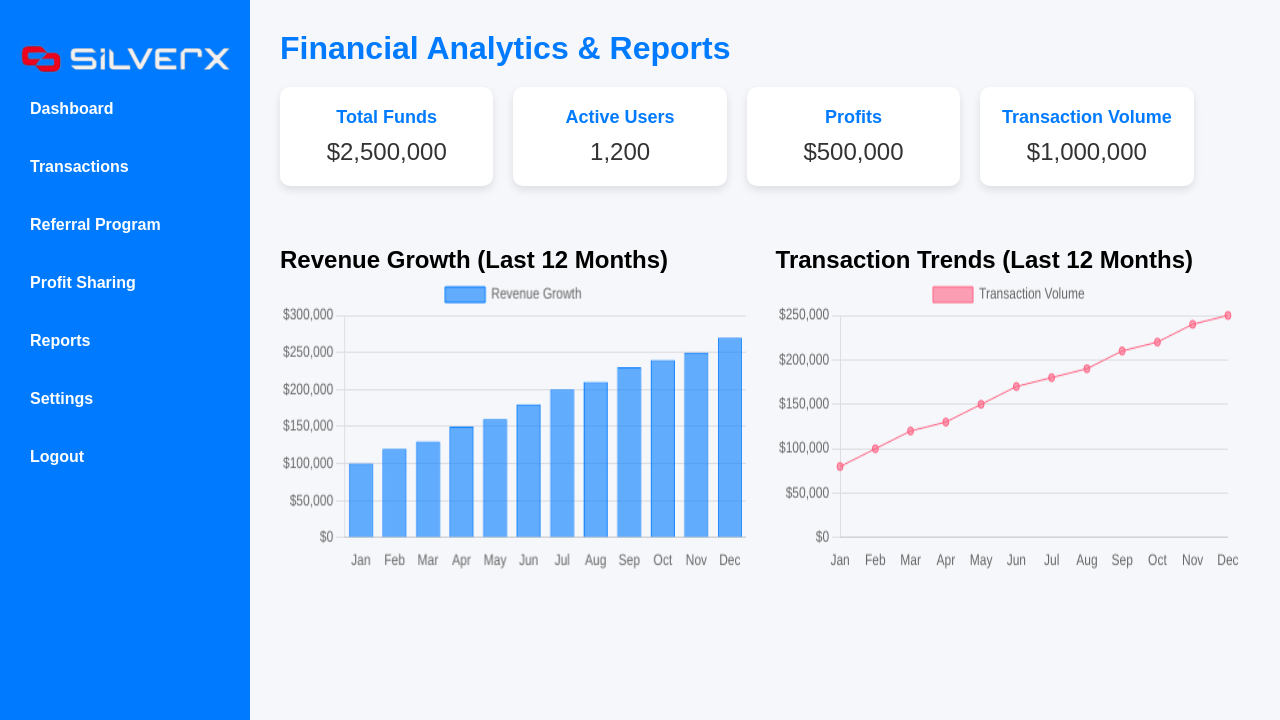
Repository: 2025silverx/slivedrX
Page: index5.html
The author's editor kept a copy of each file at every save. The page is drawn from the files as they stood at one save, then again after the next save.
The browser window is 1280 px wide. The pictures show the whole page.

Above is the page before, as saved 2025-01-12 02:49:55.

### index5.html
<!DOCTYPE html>
<html lang="en">
<head>
    <meta charset="UTF-8">
    <meta name="viewport" content="width=device-width, initial-scale=1.0">
    <title>Financial Analytics & Reports</title>
    <link rel="stylesheet" href="style5.css">
    <script src="https://cdn.jsdelivr.net/npm/chart.js"></script>
</head>
<body>
    <div id="sidebar-container">
        <div class="sidebar">
            <img src="images/logo.png" alt="Sidebar Logo" class="sidebar-logo">
            <ul class="sidebar-links">
                <li><a href="index.html" class="sidebar-link" data-target="dashboard">Dashboard</a></li>
                <li><a href="index2.html" class="sidebar-link" data-target="transactions">Transactions</a></li>
                <li><a href="indesx3.html" class="sidebar-link" data-target="reports">Referral Program</a></li>
                <li><a href="index4.html" class="sidebar-link" data-target="users">Profit Sharing</a></li>
                <li><a href="index5.html" class="sidebar-link" data-target="reports">Reports</a></li>
                <li><a href="setting.html" class="sidebar-link" data-target="settings">Settings</a></li>
                <li><a href="login.html" class="sidebar-link" data-target="logout">Logout</a></li>
            </ul>
        </div>
    </div>


    <div class="main-content">
        <h1>Financial Analytics & Reports</h1>

        <!-- Key Performance Indicators (KPIs) -->
        <div class="kpi-section">
            <div class="kpi-card">
                <h3>Total Funds</h3>
                <p>$2,500,000</p>
            </div>
            <div class="kpi-card">
                <h3>Active Users</h3>
                <p>1,200</p>
            </div>
            <div class="kpi-card">
                <h3>Profits</h3>
                <p>$500,000</p>
            </div>
            <div class="kpi-card">
                <h3>Transaction Volume</h3>
                <p>$1,000,000</p>
            </div>
        </div>

        <!-- Data Trends Section -->
        <div class="charts-section">
            <div class="chart-container">
                <h2>Revenue Growth (Last 12 Months)</h2>
                <canvas id="revenueGrowthChart"></canvas>
            </div>
            <div class="chart-container">
                <h2>Transaction Trends (Last 12 Months)</h2>
                <canvas id="transactionTrendsChart"></canvas>
            </div>
        </div>
    </div>

    <script src="script5.js"></script>
</body>
</html>

### style5.css
/* Reset some default styles */
* {
    margin: 0;
    padding: 0;
    box-sizing: border-box;
}

/* Body and container styles */
body {
    font-family: Arial, sans-serif;
    display: flex;
    height: 100vh;
    background-color: #f5f7fa;
}

/* Sidebar styles */
.sidebar {
    width: 250px;
    background-color: #007bff;
    color: white;
    padding: 20px;
    display: flex;
    flex-direction: column;
    position: sticky;
    top: 0;
    height: 100vh;
    /* Remove any margin or padding at the side */
    margin-right: 0;
}

/* Sidebar heading */
.sidebar h2 {
    margin-bottom: 20px;
    text-align: center;
}

/* Sidebar links */
.sidebar-links {
    list-style: none;
}

.sidebar-links li {
    margin-bottom: 20px; /* Increased margin for better spacing */
}

.sidebar-links a {
    text-decoration: none;
    color: white;
    font-weight: bold;
    display: block;
    padding: 10px;
    font-size: 16px;
    transition: color 0.3s ease;
}

.sidebar-links a:hover {
    color: #f0f0f0; /* Light gray on hover */
}

.sidebar-links a:active {
    color: #ff6347; /* Red color on click */
}

/* Main content area */
.main-content {
    flex: 1;
    padding: 30px;
    overflow-y: auto;
}

h1 {
    color: #007bff;
    margin-bottom: 20px;
}

/* KPI section styles */
.kpi-section {
    display: flex;
    gap: 20px;
    margin-bottom: 40px;
}

.kpi-card {
    background-color: white;
    padding: 20px;
    border-radius: 10px;
    box-shadow: 0 4px 8px rgba(0, 0, 0, 0.1);
    width: 22%;
    text-align: center;
}

.kpi-card h3 {
    font-size: 18px;
    color: #007bff;
    margin-bottom: 10px;
}

.kpi-card p {
    font-size: 24px;
    color: #333;
}

/* Chart section styles */
.charts-section {
    display: flex;
    gap: 30px;
    flex-wrap: wrap;
}

.chart-container {
    width: 48%;
    margin-top: 20px;
}

canvas {
    width: 100% !important;
    height: 300px !important;
}

/* Responsive Styles */
@media (max-width: 768px) {
    .sidebar {
        width: 200px;
    }

    .main-content {
        padding: 20px;
    }

    .kpi-section {
        flex-direction: column;
        gap: 20px;
    }

    .kpi-card {
        width: 100%;
    }

    .chart-container {
        width: 100%;
    }
}

### script5.js
// Data for the charts
const revenueData = {
    labels: ['Jan', 'Feb', 'Mar', 'Apr', 'May', 'Jun', 'Jul', 'Aug', 'Sep', 'Oct', 'Nov', 'Dec'],
    datasets: [{
        label: 'Revenue Growth',
        data: [100000, 120000, 130000, 150000, 160000, 180000, 200000, 210000, 230000, 240000, 250000, 270000],
        backgroundColor: 'rgba(0, 123, 255, 0.6)', // Blue for revenue
        borderColor: 'rgba(0, 123, 255, 1)',
        borderWidth: 1
    }]
};

const transactionData = {
    labels: ['Jan', 'Feb', 'Mar', 'Apr', 'May', 'Jun', 'Jul', 'Aug', 'Sep', 'Oct', 'Nov', 'Dec'],
    datasets: [{
        label: 'Transaction Volume',
        data: [80000, 100000, 120000, 130000, 150000, 170000, 180000, 190000, 210000, 220000, 240000, 250000],
        backgroundColor: 'rgba(255, 99, 132, 0.6)', // Red for transaction volume
        borderColor: 'rgba(255, 99, 132, 1)',
        borderWidth: 1
    }]
};

// Chart.js configuration for revenue growth
const revenueGrowthCtx = document.getElementById('revenueGrowthChart').getContext('2d');
const revenueGrowthChart = new Chart(revenueGrowthCtx, {
    type: 'bar',
    data: revenueData,
    options: {
        responsive: true,
        scales: {
            y: {
                beginAtZero: true,
                ticks: {
                    callback: function(value) {
                        return '$' + value.toLocaleString(); // Format y-axis as currency
                    }
                }
            },
            x: {
                grid: {
                    display: false
                }
            }
        },
        plugins: {
            tooltip: {
                callbacks: {
                    label: function(tooltipItem) {
                        return '$' + tooltipItem.raw.toLocaleString();
                    }
                }
            }
        }
    }
});

// Chart.js configuration for transaction trends
const transactionTrendsCtx = document.getElementById('transactionTrendsChart').getContext('2d');
const transactionTrendsChart = new Chart(transactionTrendsCtx, {
    type: 'line',
    data: transactionData,
    options: {
        responsive: true,
        scales: {
            y: {
                beginAtZero: true,
                ticks: {
                    callback: function(value) {
                        return '$' + value.toLocaleString(); // Format y-axis as currency
                    }
                }
            },
            x: {
                grid: {
                    display: false
                }
            }
        },
        plugins: {
            tooltip: {
                callbacks: {
                    label: function(tooltipItem) {
                        return '$' + tooltipItem.raw.toLocaleString();
                    }
                }
            }
        }
    }
});

After the next save:
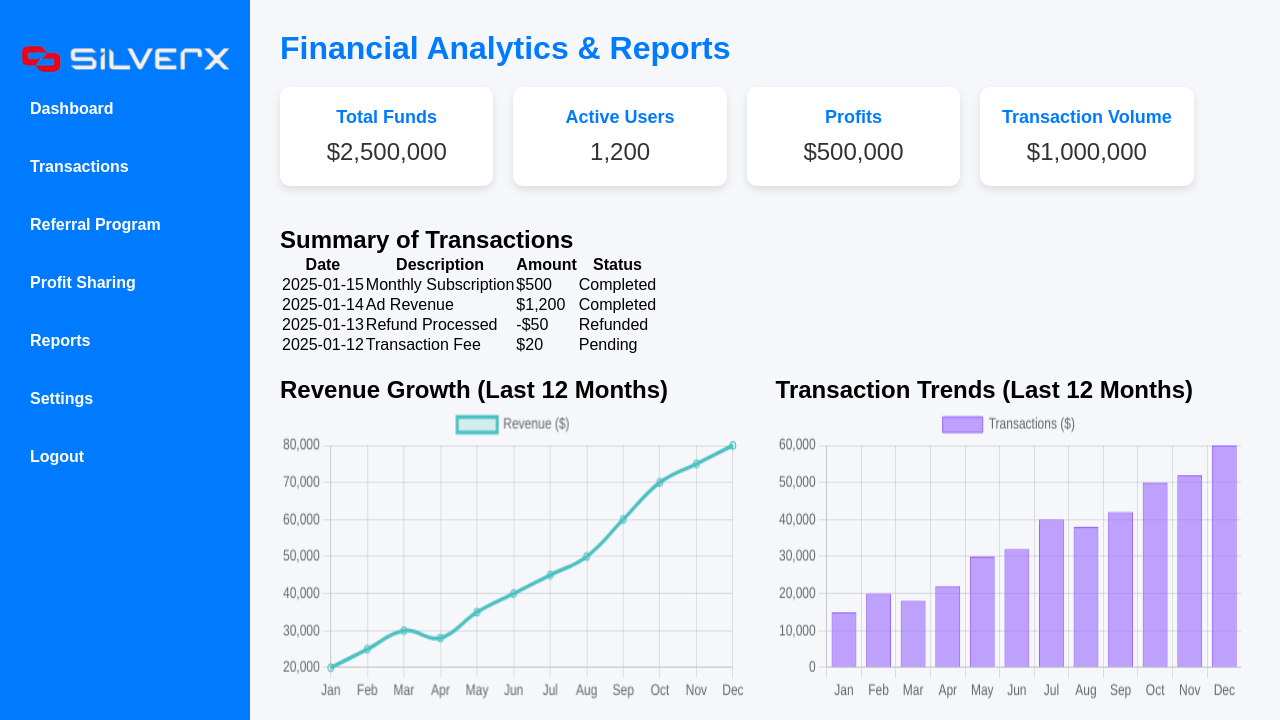
Saved 7 days later.
--- a/index5.html
+++ b/index5.html
@@ -23,7 +23,6 @@
         </div>
     </div>
 
-
     <div class="main-content">
         <h1>Financial Analytics & Reports</h1>
 
@@ -47,6 +46,47 @@
             </div>
         </div>
 
+        <!-- Dashboard - Summary of Transactions -->
+        <div class="summary-section">
+            <h2>Summary of Transactions</h2>
+            <table class="summary-table">
+                <thead>
+                    <tr>
+                        <th>Date</th>
+                        <th>Description</th>
+                        <th>Amount</th>
+                        <th>Status</th>
+                    </tr>
+                </thead>
+                <tbody>
+                    <tr>
+                        <td>2025-01-15</td>
+                        <td>Monthly Subscription</td>
+                        <td>$500</td>
+                        <td>Completed</td>
+                    </tr>
+                    <tr>
+                        <td>2025-01-14</td>
+                        <td>Ad Revenue</td>
+                        <td>$1,200</td>
+                        <td>Completed</td>
+                    </tr>
+                    <tr>
+                        <td>2025-01-13</td>
+                        <td>Refund Processed</td>
+                        <td>-$50</td>
+                        <td>Refunded</td>
+                    </tr>
+                    <tr>
+                        <td>2025-01-12</td>
+                        <td>Transaction Fee</td>
+                        <td>$20</td>
+                        <td>Pending</td>
+                    </tr>
+                </tbody>
+            </table>
+        </div>
+
         <!-- Data Trends Section -->
         <div class="charts-section">
             <div class="chart-container">
@@ -60,6 +100,54 @@
         </div>
     </div>
 
-    <script src="script5.js"></script>
+    <script>
+        // Revenue Growth Chart
+        const ctx1 = document.getElementById('revenueGrowthChart').getContext('2d');
+        const revenueGrowthChart = new Chart(ctx1, {
+            type: 'line',
+            data: {
+                labels: ['Jan', 'Feb', 'Mar', 'Apr', 'May', 'Jun', 'Jul', 'Aug', 'Sep', 'Oct', 'Nov', 'Dec'],
+                datasets: [{
+                    label: 'Revenue ($)',
+                    data: [20000, 25000, 30000, 28000, 35000, 40000, 45000, 50000, 60000, 70000, 75000, 80000],
+                    borderColor: 'rgba(75, 192, 192, 1)',
+                    backgroundColor: 'rgba(75, 192, 192, 0.2)',
+                    tension: 0.4,
+                }]
+            },
+            options: {
+                responsive: true,
+                plugins: {
+                    legend: {
+                        display: true,
+                    }
+                }
+            }
+        });
+
+        // Transaction Trends Chart
+        const ctx2 = document.getElementById('transactionTrendsChart').getContext('2d');
+        const transactionTrendsChart = new Chart(ctx2, {
+            type: 'bar',
+            data: {
+                labels: ['Jan', 'Feb', 'Mar', 'Apr', 'May', 'Jun', 'Jul', 'Aug', 'Sep', 'Oct', 'Nov', 'Dec'],
+                datasets: [{
+                    label: 'Transactions ($)',
+                    data: [15000, 20000, 18000, 22000, 30000, 32000, 40000, 38000, 42000, 50000, 52000, 60000],
+                    backgroundColor: 'rgba(153, 102, 255, 0.6)',
+                    borderColor: 'rgba(153, 102, 255, 1)',
+                    borderWidth: 1,
+                }]
+            },
+            options: {
+                responsive: true,
+                plugins: {
+                    legend: {
+                        display: true,
+                    }
+                }
+            }
+        });
+    </script>
 </body>
 </html>
